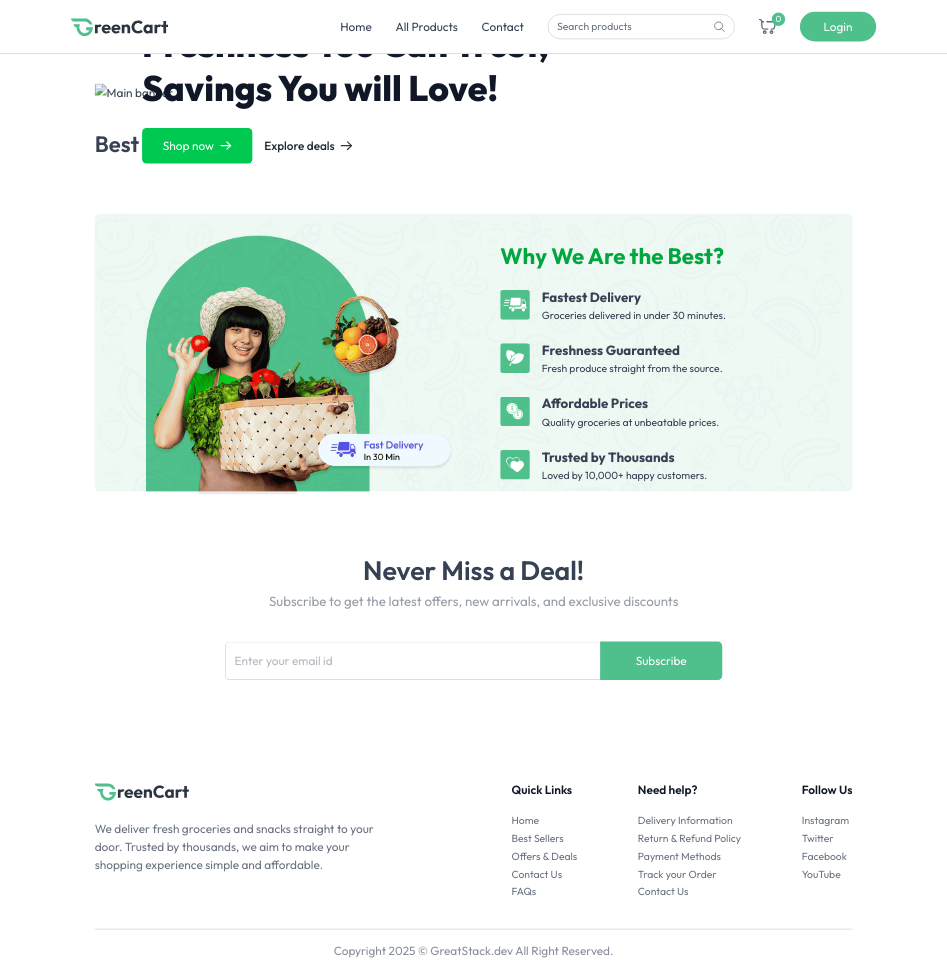
Repository: deepak445566/agro
Page: / (app in client/)
These files come from the project's save history. The page is drawn as it stood at one moment and after the next save; the edit follows.
The browser window is 1280 px wide. The pictures show the whole page, at 74% of full size.
The page's requests for data from a server got no answer. Some web fonts or font styles are not loaded; a fallback is used. The project was rebuilt for these pictures with package versions that can differ from the ones it lists, and the page was loaded fresh each time. No one was signed in, and anything a server would have sent is missing. Also part of the build but not shown: client/vite.config.js, client/src/components/ProductCard.jsx, client/src/components/Login.jsx, client/src/pages/AllProduct.jsx, client/src/pages/Productcato.jsx, client/src/pages/ProductDetail.jsx, client/src/pages/Cart.jsx, client/src/components/Addaddress.jsx and 7 more.

Above is the page before, as saved 2025-12-14 14:21:50.

After the next save:
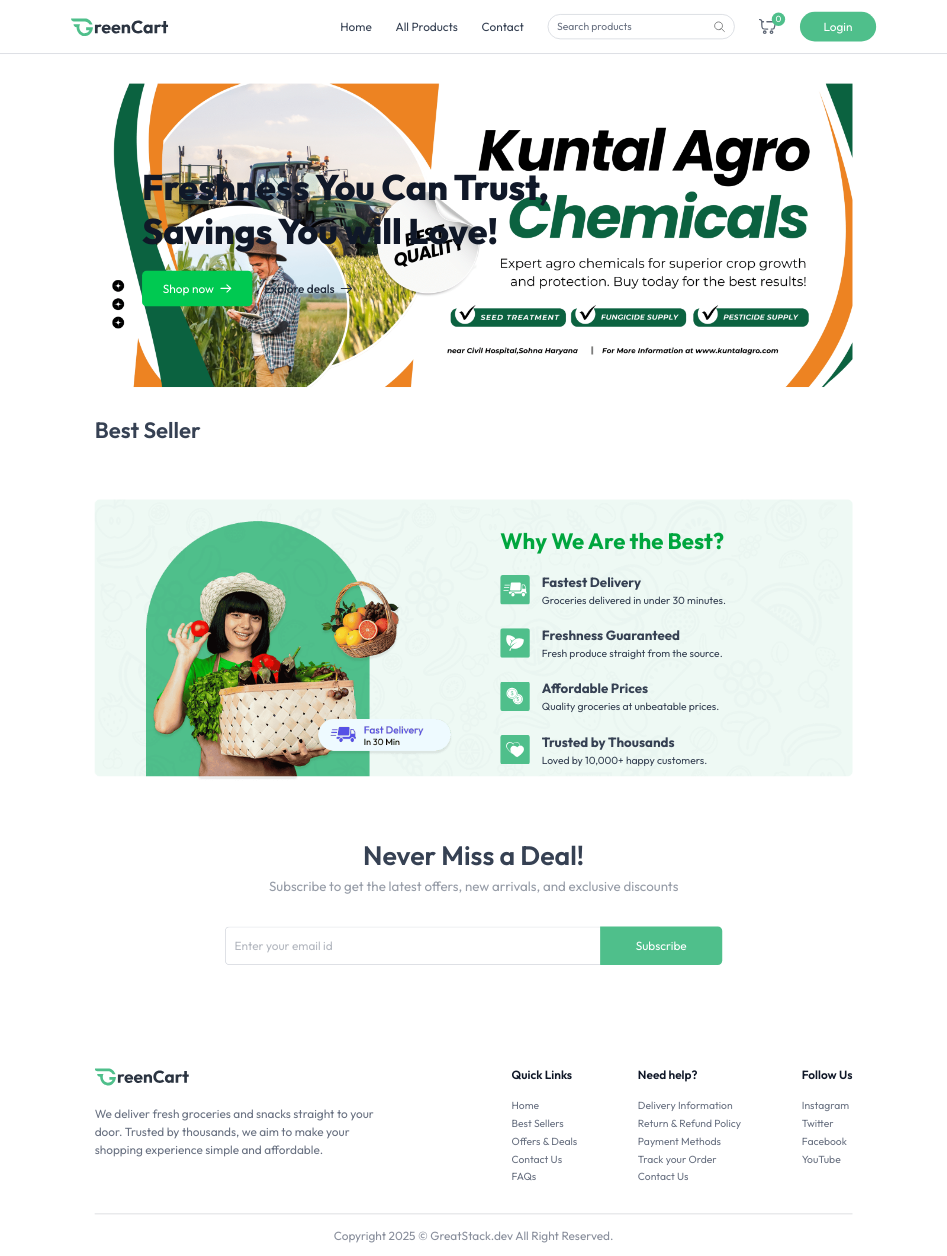
Saved 4 s later.
--- a/client/src/components/MainBanner.jsx
+++ b/client/src/components/MainBanner.jsx
@@ -7,7 +7,7 @@
     <div className="relative w-full">
       {/* Banner image */}
       <img
-        src="/"
+        src="/main1.png"
         alt="Main banner"
         className="w-full hidden md:block"
       />
